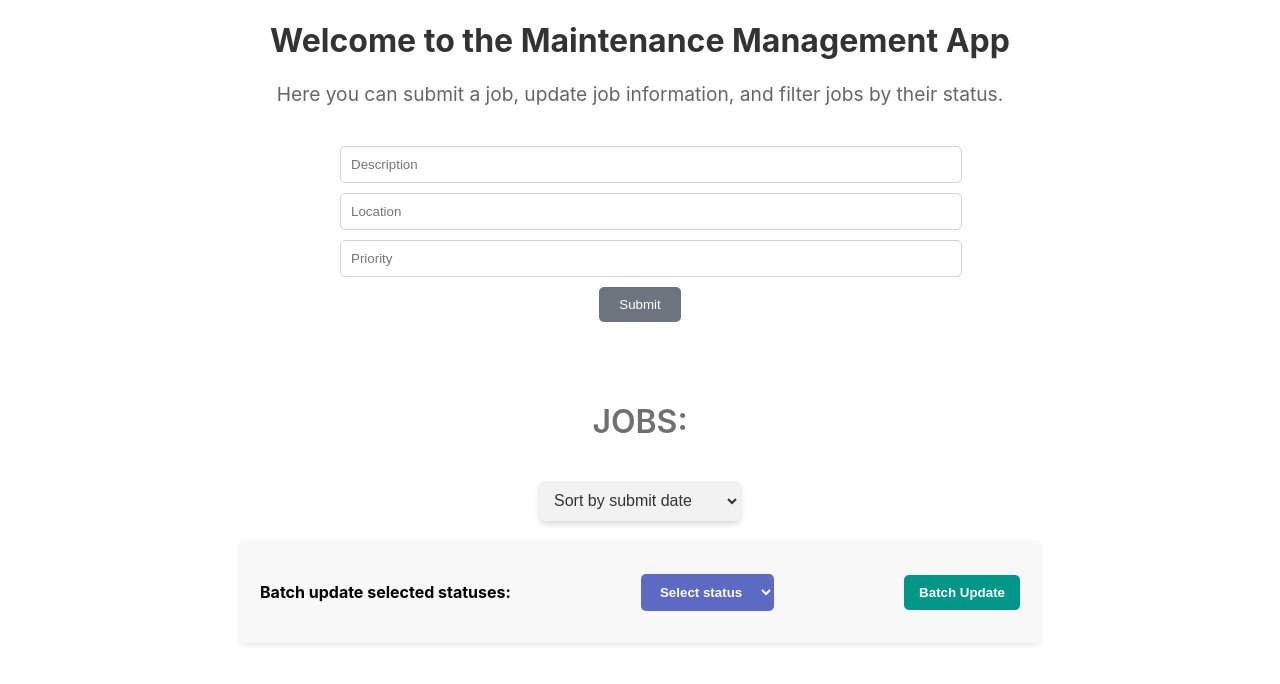
Repository: mikasteyn999/Maintenance-Manager-App
Page: / (app in frontend/)
An editor plug-in stored every save of this project. The page is shown before and after the next save, followed by the edit.
The browser window is 1280 px wide. The pictures show the whole page.
The page's requests for data from a server got no answer. The project was rebuilt for these pictures with package versions that can differ from the ones it lists, and the page was loaded fresh each time. No one was signed in, and anything a server would have sent is missing. Also part of the build but not shown: frontend/src/style/Job.css, frontend/src/components/Job.js, frontend/src/style/JobUpdateForm.css, frontend/src/components/JobUpdateForm.js.

Above is the page before, as saved 2023-06-01 12:48:51.

After the next save:
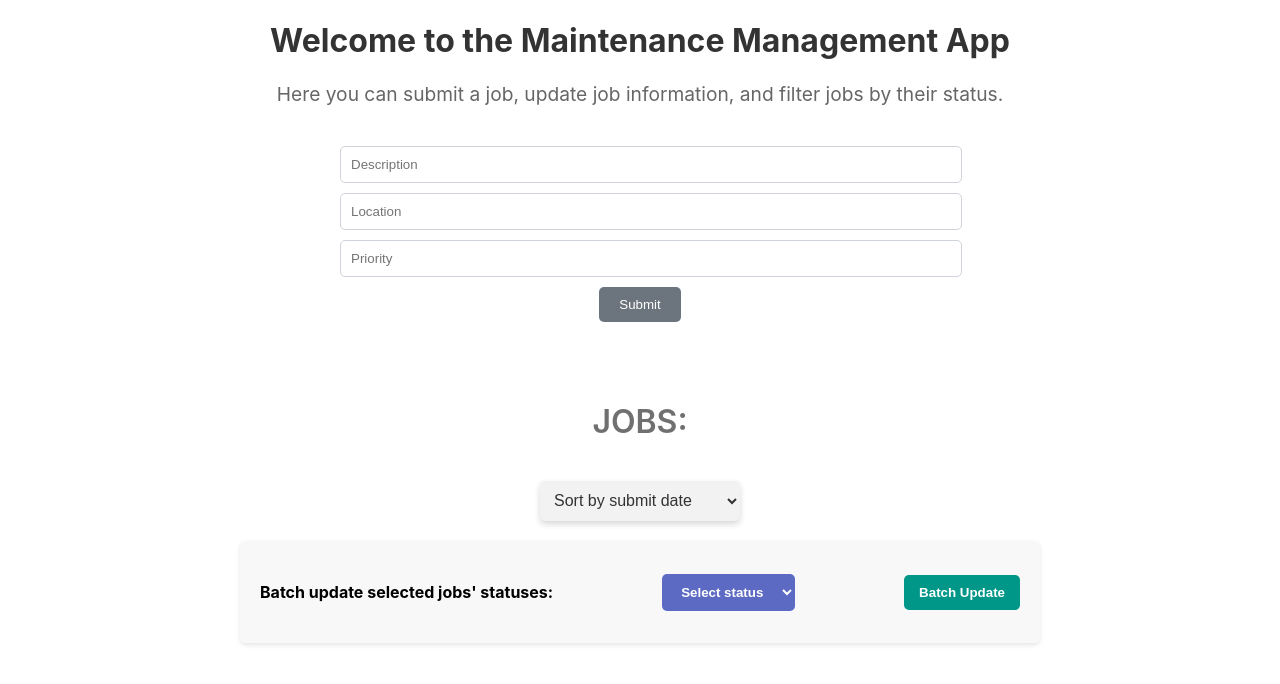
Saved 16 s later.
--- a/frontend/src/components/JobsList.js
+++ b/frontend/src/components/JobsList.js
@@ -67,7 +67,7 @@ const JobsList = () => {
         </select>
         {/* Batch update */}
         <div className='batch-update'>
-          <h4>Batch update selected statuses:</h4>
+          <h4>Batch update selected jobs' statuses:</h4>
           <select id="batchStatusUpdate" name="batchStatusUpdate">
             <option value="">Select status</option>
             <option value="status1">Submitted</option>
